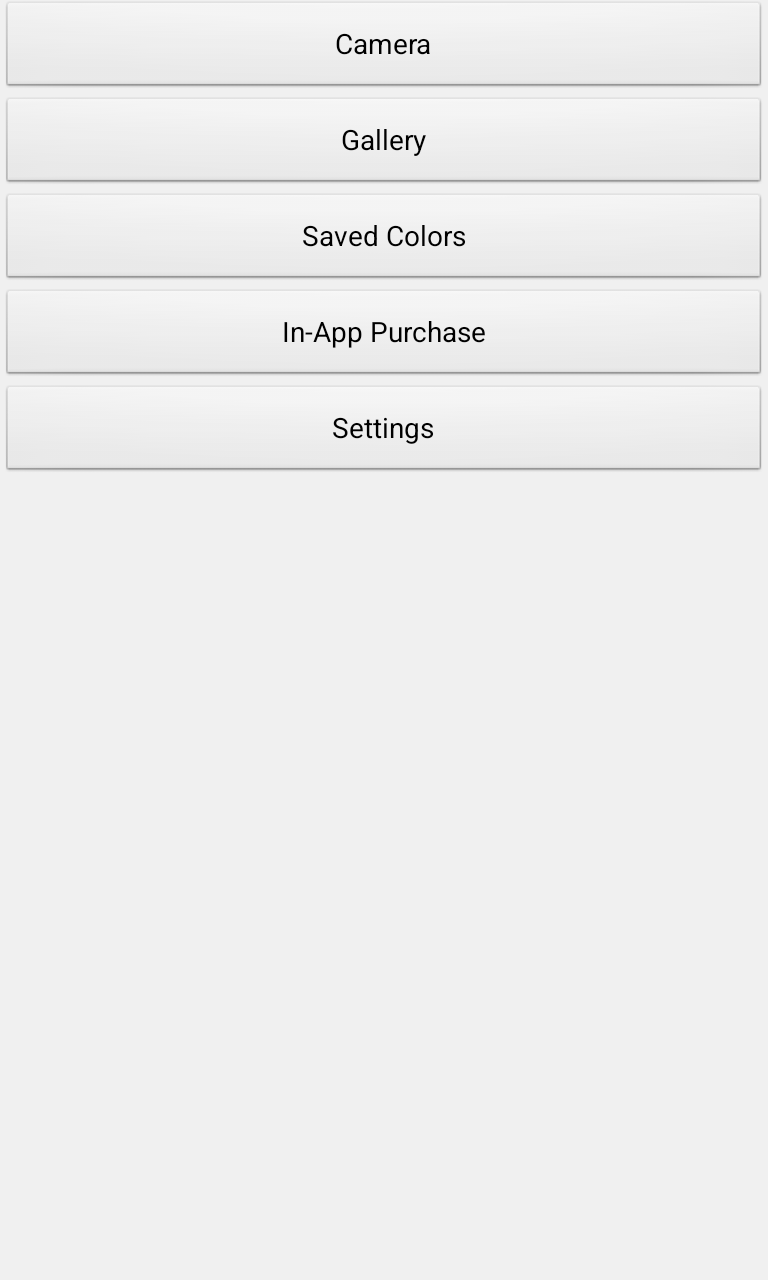
Repository: jwanglof/Rangi
Layout: client/Rangi/res/layout/mainmenu.xml
These files come from the project's save history. The layout is drawn as it stood at one moment and after the next save; the edit follows.
It is drawn on a 768 x 1280 px phone screen (xhdpi) without system bars, with theme android:Theme.NoTitleBar; the app's code is not run.

Above is the layout before, as saved 2012-11-01 12:30:59.

After the next save:
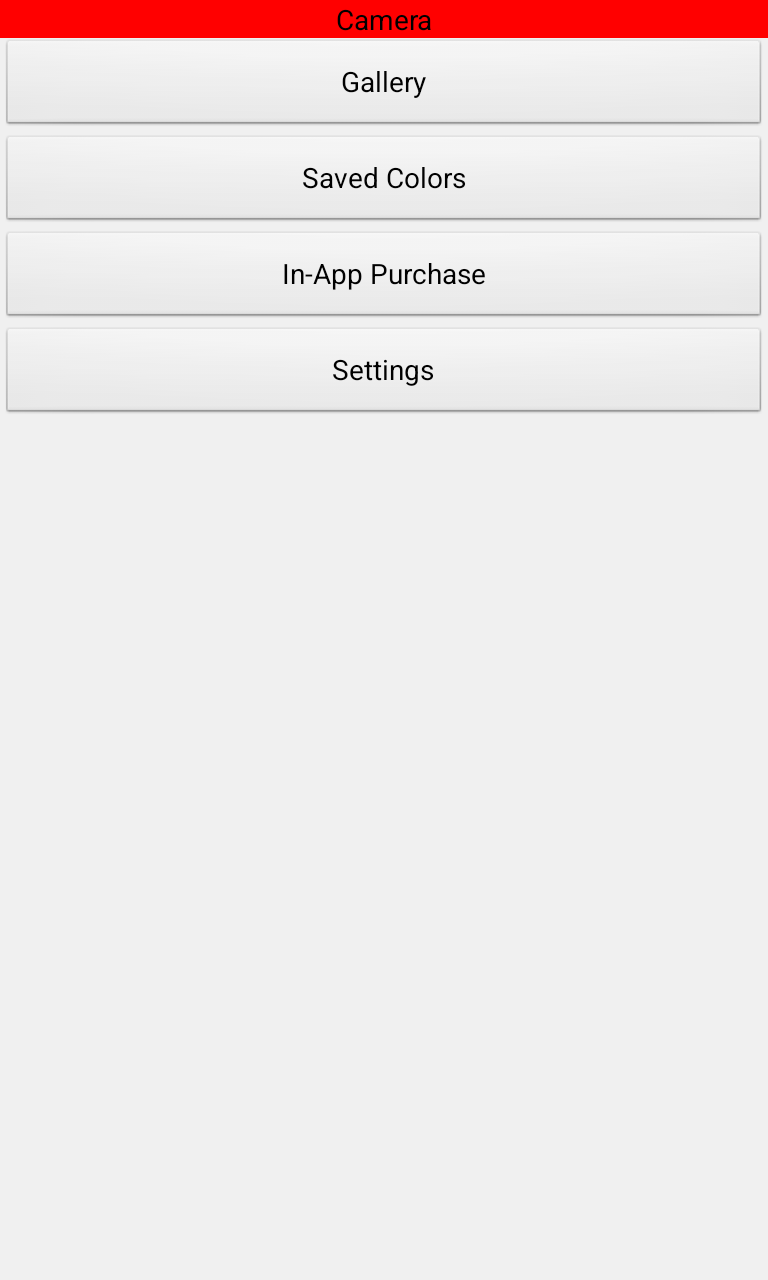
Saved 107 s later.
--- a/client/Rangi/res/layout/mainmenu.xml
+++ b/client/Rangi/res/layout/mainmenu.xml
@@ -10,7 +10,8 @@
             android:layout_height="wrap_content"
             android:text="Camera"
             android:id="@+id/camera_button"
-            android:onClick="camera"/>
+            android:onClick="camera"
+            android:background="#ff0000" />
     <Button
             android:layout_width="fill_parent"
             android:layout_height="wrap_content"
